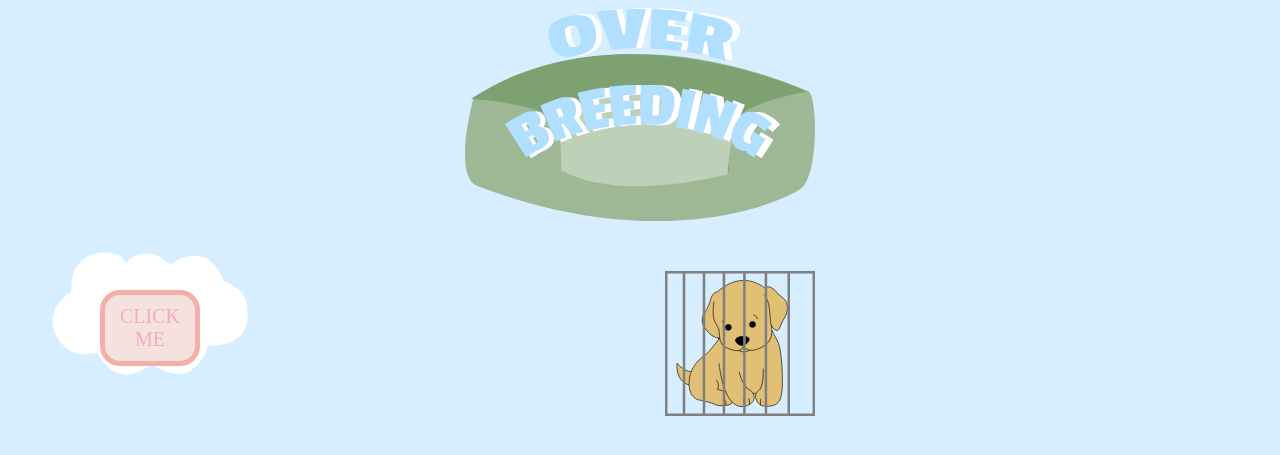
Repository: SoleilDagneau/MDIA2109Midterm
Page: index.html
An editor plug-in stored every save of this project. The page is shown before and after the next save, followed by the edit.
The browser window is 1280 px wide. The pictures show the whole page.
Some web fonts or font styles are not loaded; a fallback is used.

Above is the page before, as saved 2022-03-02 20:54:57.

### index.html
<!DOCTYPE html>
<html lang="en">
<head>
    <meta charset="UTF-8">
    <meta http-equiv="X-UA-Compatible" content="IE=edge">
    <meta name="viewport" content="width=device-width, initial-scale=1.0">
    <title>Animal Cruelty</title>

    <link href="styles.css" rel="stylesheet">

    <link rel="preconnect" href="https://fonts.googleapis.com">
    <link rel="preconnect" href="https://fonts.gstatic.com" crossorigin>
    <link href="https://fonts.googleapis.com/css2?family=Passion+One:wght@400;700&display=swap" rel="stylesheet">

    <script src="utils/speechbubble.js"></script>
    <script src="utils/clickbubble.js"></script>
    <script src="utils/squarecard.js"></script>
    <script src="utils/blobcard.js"></script>

</head>
<body>

<div class="overbreeding">

    <div class="conttitle">

        <img class="obtitle" src="imgs/overbreeding.svg" alt="overbreeding title">
    </div>
    <div class="contcage">
        <img class="cage" src="imgs/dogincage.svg" alt="dog in cage img">
        <the-clickbubble class="dogtext" desc_text="CLICK ME"></the-clickbubble>
    </div>











</div>

</body>
</html>

### styles.css
*{
    background-color: #D6EEFF;
}


.obtitle{
    width:350px;
    display: flex;
    position:relative;
    margin: auto;
}
.cage{
    width:150px;
    display: flex;
    position: relative;
    left: 100px;
    top: 50px;
    margin: auto;
}
.dogtext{
    display: flex;
    position:absolute;
    top:250px;
    left:50px;
}

### utils/speechbubble.js
//MUST HAVE - CREATE A TEMPLATE TAG
var template_speechbub = document.createElement("template"); //<template> </template> RULE

//To-do - CREATE THE UI HERE!
template_speechbub.innerHTML = `

<style>
    #next_button {
        background-color:#61A8FF;
        border:3px solid #AFDDFF;
        border-radius: 10px;
        font-family: 'passion one', cursive;
        color: white;
        font-size:20px;
        margin:65px;
        display:flex;
        position:absolute;
        top:45px;
        left: 30px;

    }
    #speech_bubble{
        width:250px;
        display:flex;
        position:relative;

    }

</style>
<div id="cloud">
    <img id="speech_bubble" src="imgs/cloud.svg" alt=""/>
        <button id="next_button">
            next...
         </button>
</div>

`;

//MUST HAVE - CREATE A CLASS WITH HTMLELEMENT POWERS (interfaces/functionalities)
class TheSpeechBubble extends HTMLElement {

    //MUST HAVE - CREATE A CONSTRUCTOR TO DO INITAL ASSOCIATIONS
    constructor(){
        super(); //pass on the HTMLElement super powers!
        this.attachShadow({mode:"open"}) //Attach it to the shadowRoot

        //To-do - CREATE THE STATES FOR THE UI HERE!
    }

    //MUST HAVE - FUNCTION THAT RUNS AFTER IT'S CONNECTED
    connectedCallback(){
        this.shadowRoot.appendChild(template_speechbub.content.cloneNode(true));
        this.shadowRoot.querySelector("#next_button").innerText = this.getAttribute("button_text"); //use the template to make a clone
    }

    //To-do - CREATE THE FUNCTIONALITIES HERE!
}

//MUST HAVE - define the tag for the custom elements
customElements.define("the-speechbubble", TheSpeechBubble)

### utils/clickbubble.js
//MUST HAVE - CREATE A TEMPLATE TAG
var template_clickbubble = document.createElement("template"); //<template> </template> RULE

//To-do - CREATE THE UI HERE!
template_clickbubble.innerHTML = `

<style>
    #desc_text {
        font-family:'passion one', cursive;
        color: #F4AFAB;
        font-size:20px;
        padding: 10px;
        background-color:#F4E1E0;
        border: 5px solid #F4AFAB;
        border-radius: 20px;
        position: absolute;
        display:flex;
        justify-content:center;
        top:-10px;

        margin:50px;
    }
    img{
        width: 200px;
    }
    #click_bubble{
        display:flex;
    }
</style>
<div id="click_bubble">
    <img src="imgs/cloud.svg" alt="cloud svg"/>
        <button id="desc_text">
            CLICK ME
        </button>
</div>

`;

//MUST HAVE - CREATE A CLASS WITH HTMLELEMENT POWERS (interfaces/functionalities)
class TheClickBubble extends HTMLElement {

    //MUST HAVE - CREATE A CONSTRUCTOR TO DO INITAL ASSOCIATIONS
    constructor(){
        super(); //pass on the HTMLElement super powers!
        this.attachShadow({mode:"open"}) //Attach it to the shadowRoot

        //To-do - CREATE THE STATES FOR THE UI HERE!
    }

    //MUST HAVE - FUNCTION THAT RUNS AFTER IT'S CONNECTED
    connectedCallback(){
        this.shadowRoot.appendChild(template_clickbubble.content.cloneNode(true));
        this.shadowRoot.querySelector("#desc_text").innerText = this.getAttribute("desc_text"); //use the template to make a clone
    }

    //To-do - CREATE THE FUNCTIONALITIES HERE!
}

//MUST HAVE - define the tag for the custom elements
customElements.define("the-clickbubble", TheClickBubble)

### utils/squarecard.js
//MUST HAVE - CREATE A TEMPLATE TAG
var template_scard = document.createElement("template"); //<template> </template> RULE

//To-do - CREATE THE UI HERE!
template_scard.innerHTML = `

<style>
    #info_card {
        background-color:#EBB2AD;
        width: 175px;
        height:175px;
        border: 15px solid #F4E1E0;
        border-radius: 50px;
        margin: 2rem;
    }
    #info_text {
        display:flex;
        justify-content:center;
        font-size:18px;
        font-family: 'nunito', sans-serif;
        color: white;
        padding: 10px;

    }
</style>
<div id="info_card">
    <p id="info_text">info text</p>
</div>
`;

//MUST HAVE - CREATE A CLASS WITH HTMLELEMENT POWERS (interfaces/functionalities)
class TheSquareCard extends HTMLElement {

    //MUST HAVE - CREATE A CONSTRUCTOR TO DO INITAL ASSOCIATIONS
    constructor(){
        super(); //pass on the HTMLElement super powers!
        this.attachShadow({mode:"open"}) //Attach it to the shadowRoot

        //To-do - CREATE THE STATES FOR THE UI HERE!
    }

    //MUST HAVE - FUNCTION THAT RUNS AFTER IT'S CONNECTED
    connectedCallback(){
        this.shadowRoot.appendChild(template_scard.content.cloneNode(true));
        this.shadowRoot.querySelector("#info_text").innerText = this.getAttribute("info_text"); //use the template to make a clone
    }

    //To-do - CREATE THE FUNCTIONALITIES HERE!
}

//MUST HAVE - define the tag for the custom elements
customElements.define("the-squarecard", TheSquareCard)

### utils/blobcard.js
//MUST HAVE - CREATE A TEMPLATE TAG
var template_bcard = document.createElement("template"); //<template> </template> RULE

//To-do - CREATE THE UI HERE!
template_bcard.innerHTML = `

<style>
    #blob_text {
        font-family:'passion one', cursive;
        font-size:40px;
        color:#61A8FF;
        position:absolute;
        text-align:center;
        top:620px;
        left:90px;

    }
    #the_blobcard{
        width:250px;
    }
</style>
<div class="container">
    <div id="the_blobcard">
        <img id="" src="imgs/blob.svg" alt=""/>
            <h2 id="blob_text">
                blob text
            </h2>
    </div>
</div>
`;

//MUST HAVE - CREATE A CLASS WITH HTMLELEMENT POWERS (interfaces/functionalities)
class TheBlobCard extends HTMLElement {

    //MUST HAVE - CREATE A CONSTRUCTOR TO DO INITAL ASSOCIATIONS
    constructor(){
        super(); //pass on the HTMLElement super powers!
        this.attachShadow({mode:"open"}) //Attach it to the shadowRoot

        //To-do - CREATE THE STATES FOR THE UI HERE!
    }

    //MUST HAVE - FUNCTION THAT RUNS AFTER IT'S CONNECTED
    connectedCallback(){
        this.shadowRoot.appendChild(template_bcard.content.cloneNode(true));
        this.shadowRoot.querySelector("#blob_text").innerText = this.getAttribute("blob_text");
         //use the template to make a clone
    }

    //To-do - CREATE THE FUNCTIONALITIES HERE!
}

//MUST HAVE - define the tag for the custom elements
customElements.define("the-blobcard", TheBlobCard)

After the next save:
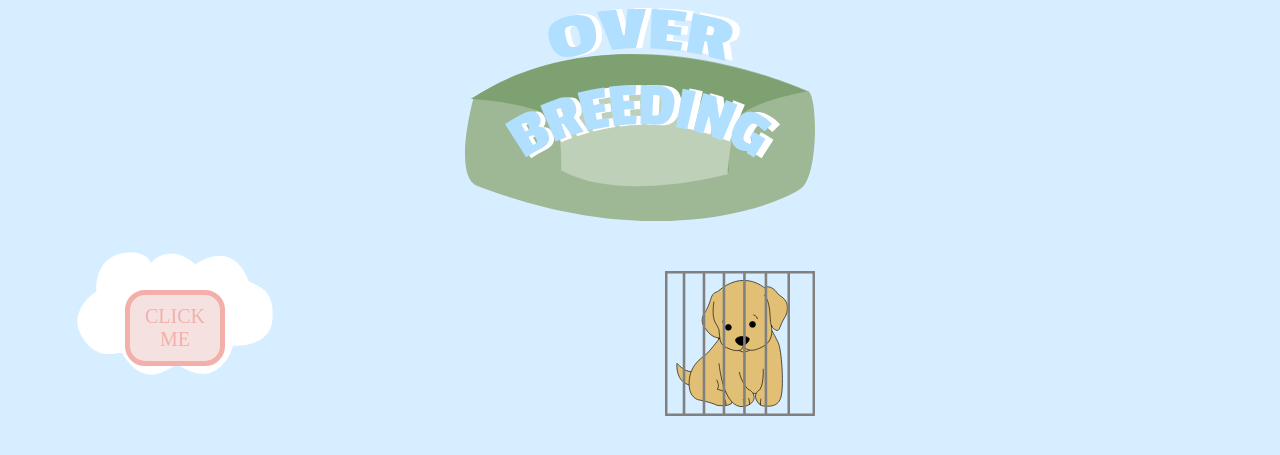
Saved 5 s later.
--- a/styles.css
+++ b/styles.css
@@ -21,5 +21,5 @@
     display: flex;
     position:absolute;
     top:250px;
-    left:50px;
+    left:75px;
 }
